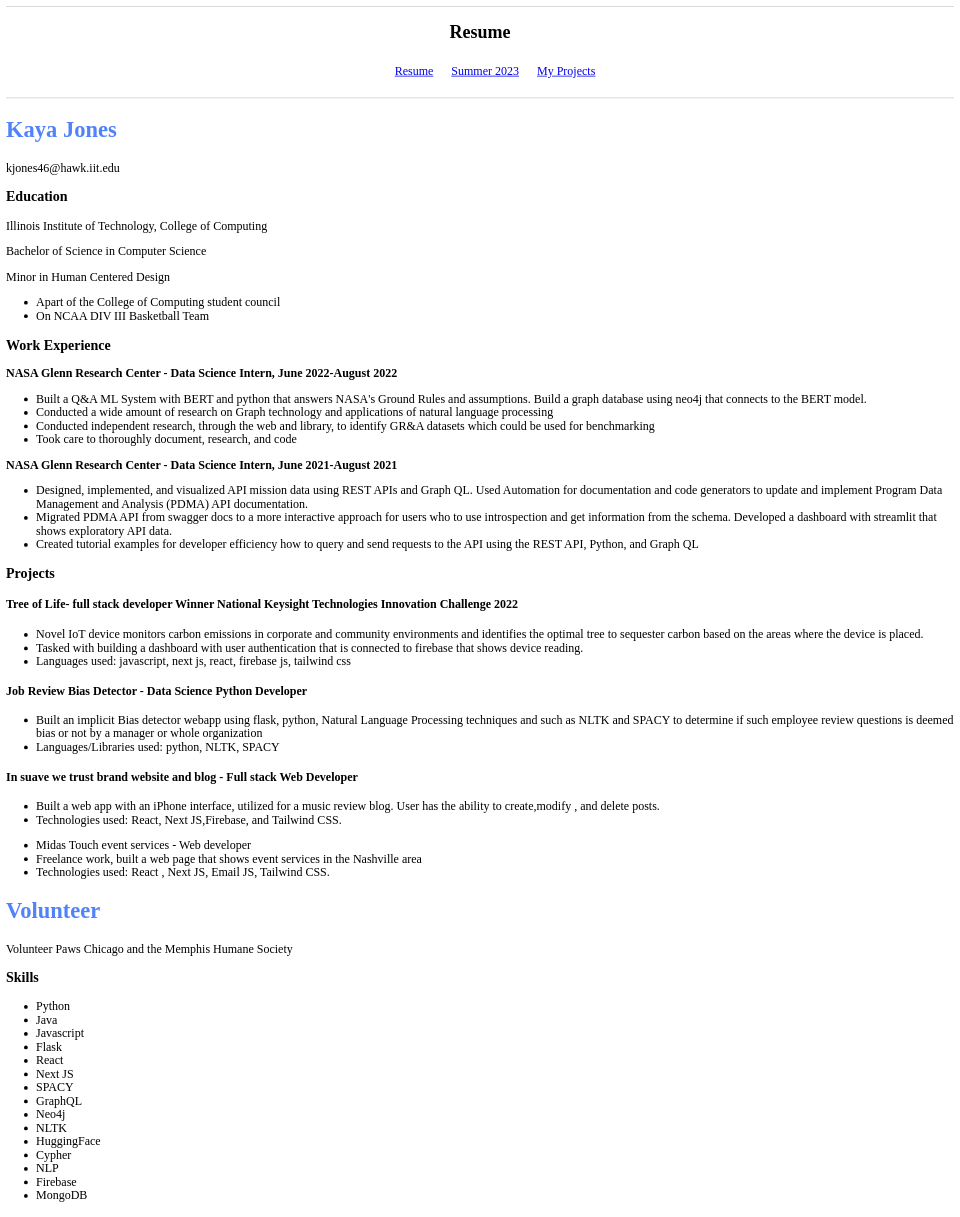
Repository: kayacancode/itm361project1
Page: index.html
An editor plug-in stored every save of this project. The page is shown before and after the next save, followed by the edit.
The browser window is 1280 px wide. The pictures show the whole page, at 75% of full size.
Some web fonts or font styles are not loaded; a fallback is used.

Above is the page before, as saved 2023-03-04 12:59:24.

After the next save:
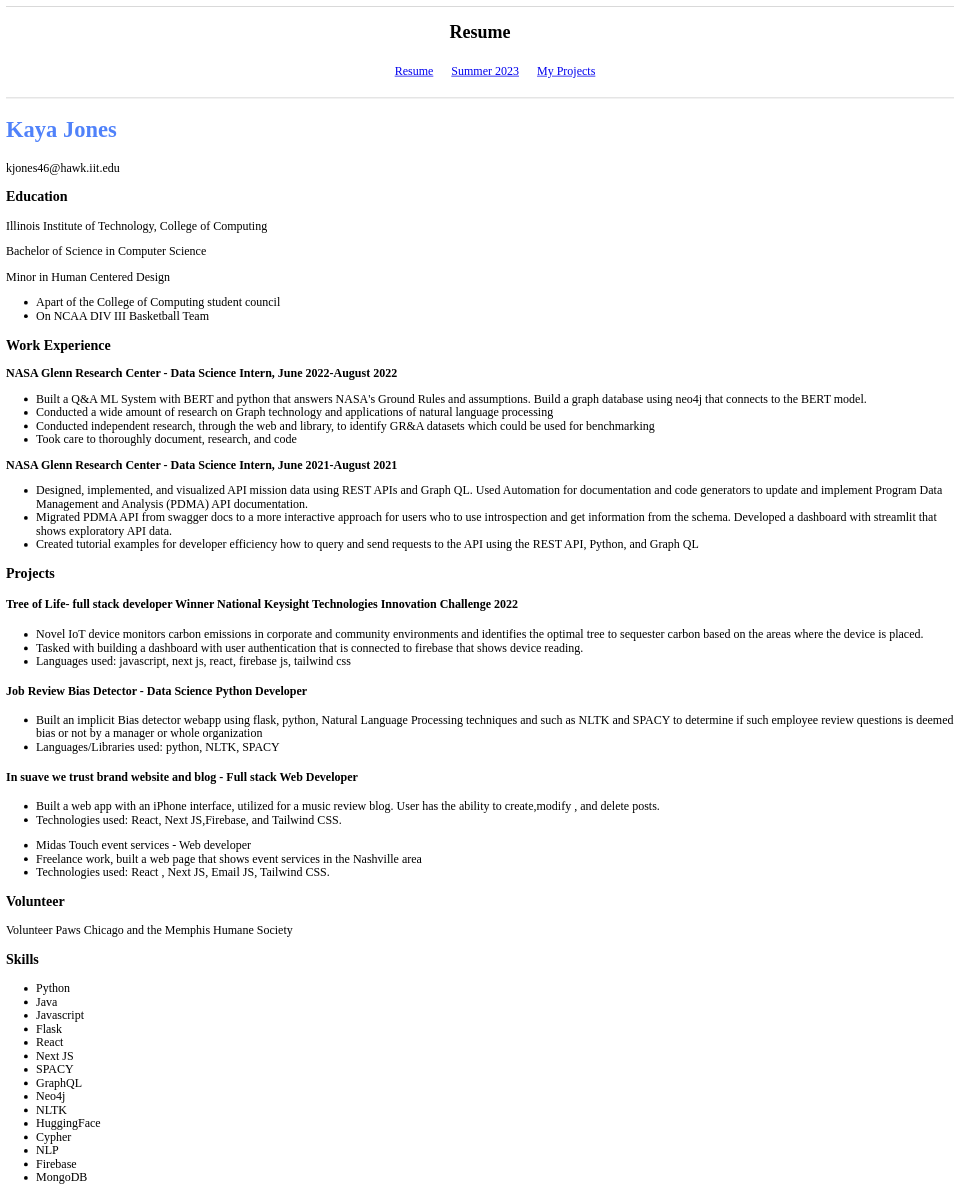
Saved 6 s later.
--- a/index.html
+++ b/index.html
@@ -121,7 +121,7 @@
     </ul>
   </section>
 
-  <h2>Volunteer </h2>
+  <h3>Volunteer </h3>
     <p>Volunteer Paws Chicago and the Memphis Humane Society</p>
 
     <h3>Skills</h3>
